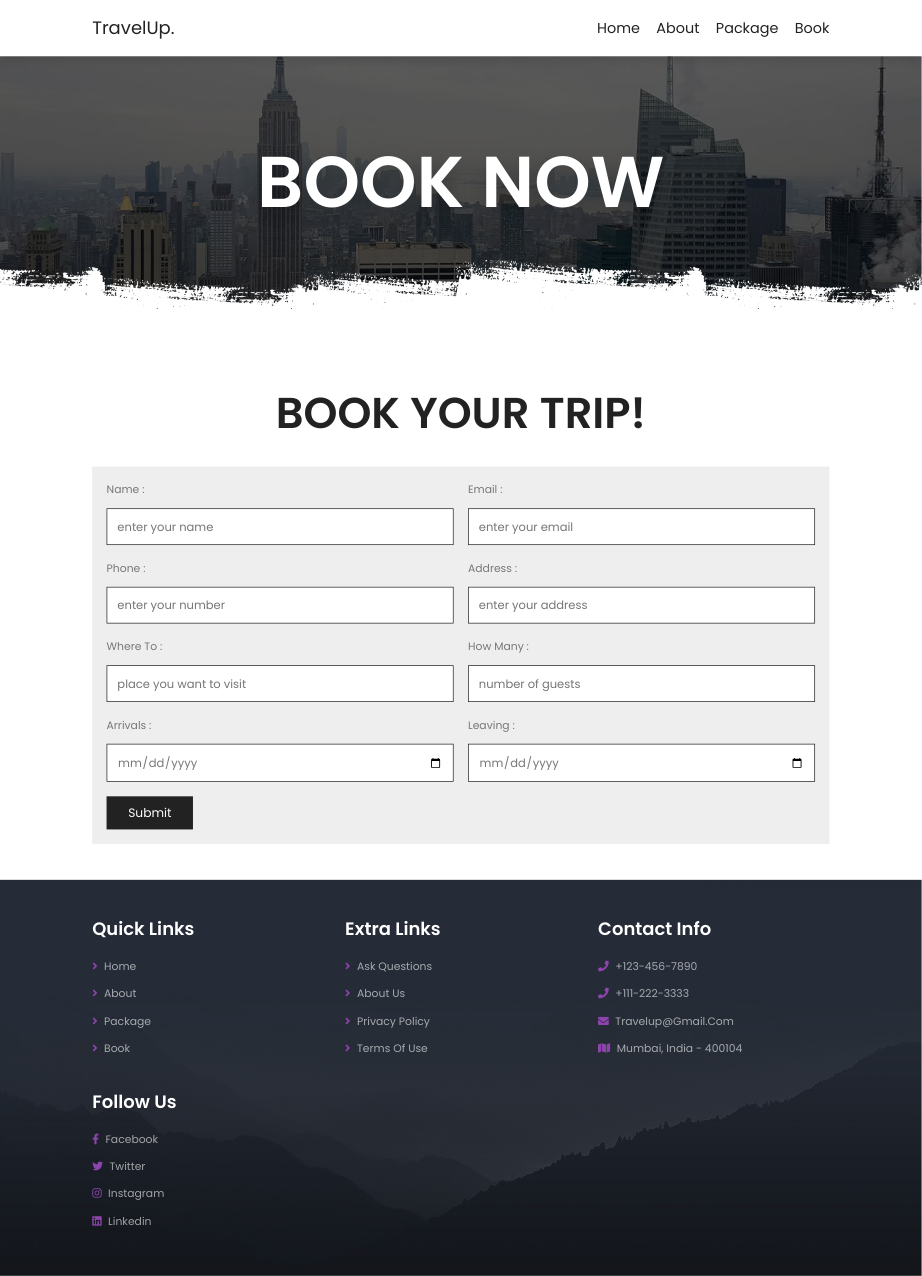
Repository: tanya2468/travel_agency
Page: http://localhost/book.php
These files come from the project's save history. The page is drawn as it stood at one moment and after the next save; the edit follows.
The browser window is 1280 px wide. The pictures show the whole page, at 72% of full size.
The page is run by PHP 8.4 with error messages shown; the project is at /var/www/html/.

Above is the page before, as saved 2024-11-06 14:43:26.
Console error: TypeError: Cannot set properties of null (setting 'onclick')

After the next save:
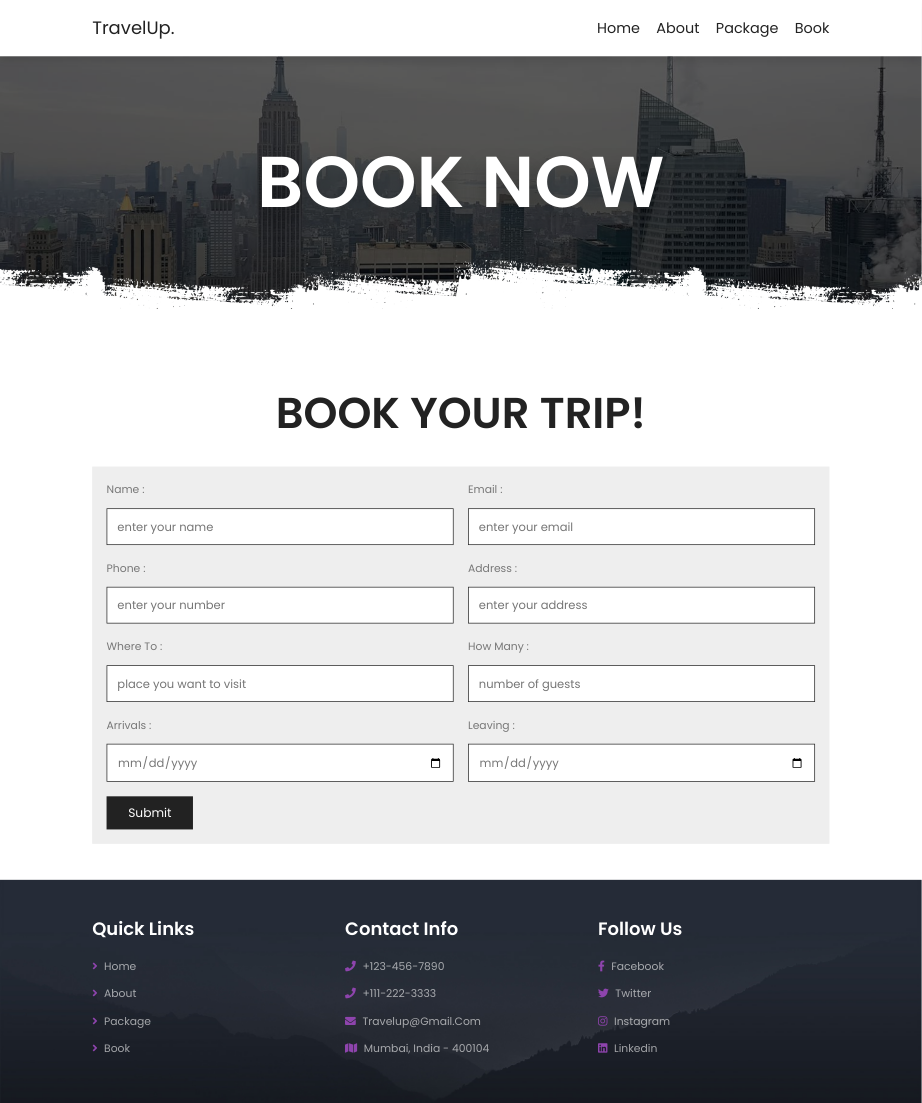
Saved 12 s later.
--- a/footer.php
+++ b/footer.php
@@ -10,13 +10,6 @@
          <a href="book.php"> <i class="fas fa-angle-right"></i> book</a>
       </div>
 
-      <div class="box">
-         <h3>extra links</h3>
-         <a href="#"> <i class="fas fa-angle-right"></i> ask questions</a>
-         <a href="#"> <i class="fas fa-angle-right"></i> about us</a>
-         <a href="#"> <i class="fas fa-angle-right"></i> privacy policy</a>
-         <a href="#"> <i class="fas fa-angle-right"></i> terms of use</a>
-      </div>
 
       <div class="box">
          <h3>contact info</h3>

After the save that followed:
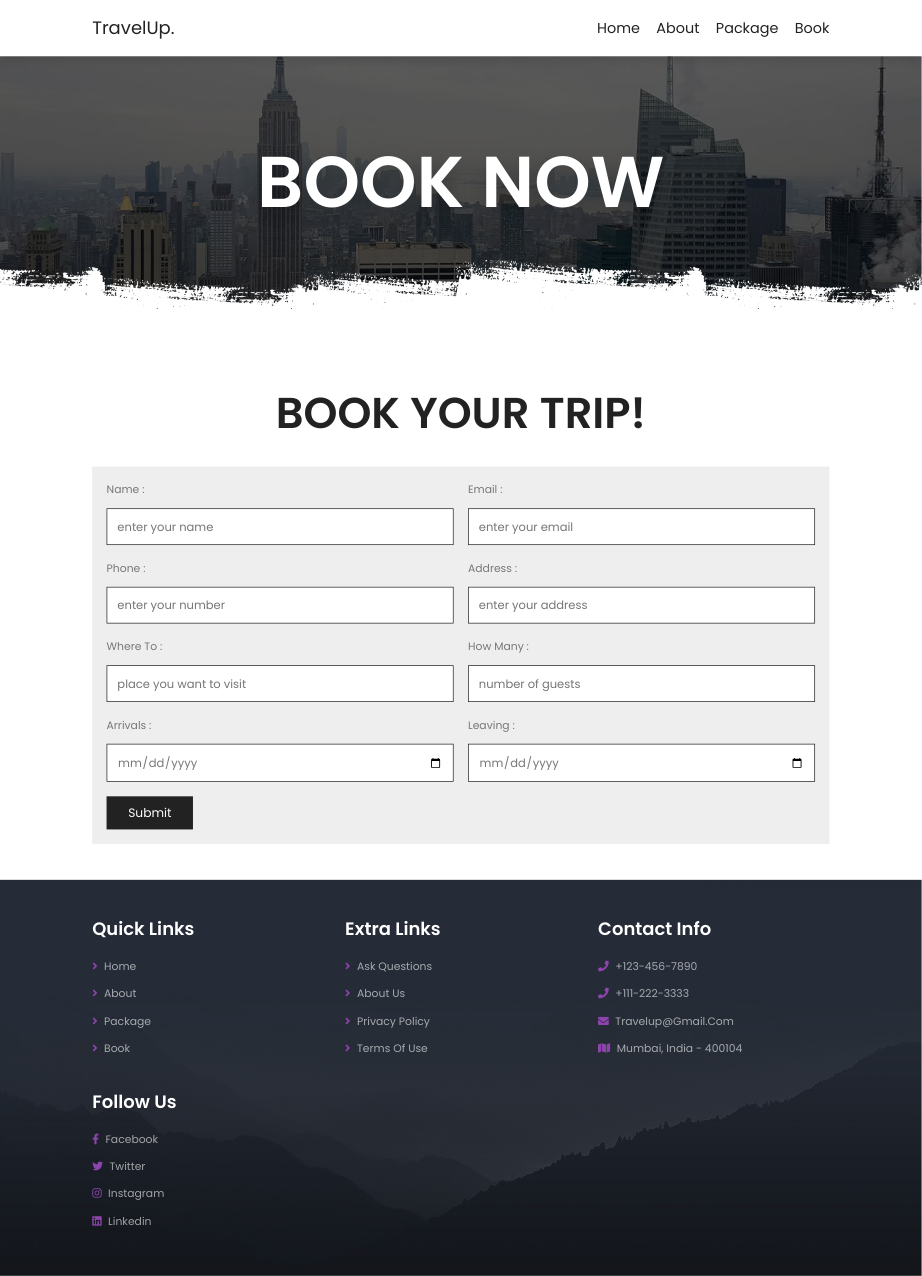
Saved 2 min 53 s later.
--- a/footer.php
+++ b/footer.php
@@ -10,6 +10,13 @@
          <a href="book.php"> <i class="fas fa-angle-right"></i> book</a>
       </div>
 
+      <div class="box">
+         <h3>extra links</h3>
+         <a href="#"> <i class="fas fa-angle-right"></i> ask questions</a>
+         <a href="#"> <i class="fas fa-angle-right"></i> about us</a>
+         <a href="#"> <i class="fas fa-angle-right"></i> privacy policy</a>
+         <a href="#"> <i class="fas fa-angle-right"></i> terms of use</a>
+      </div>
 
       <div class="box">
          <h3>contact info</h3>
